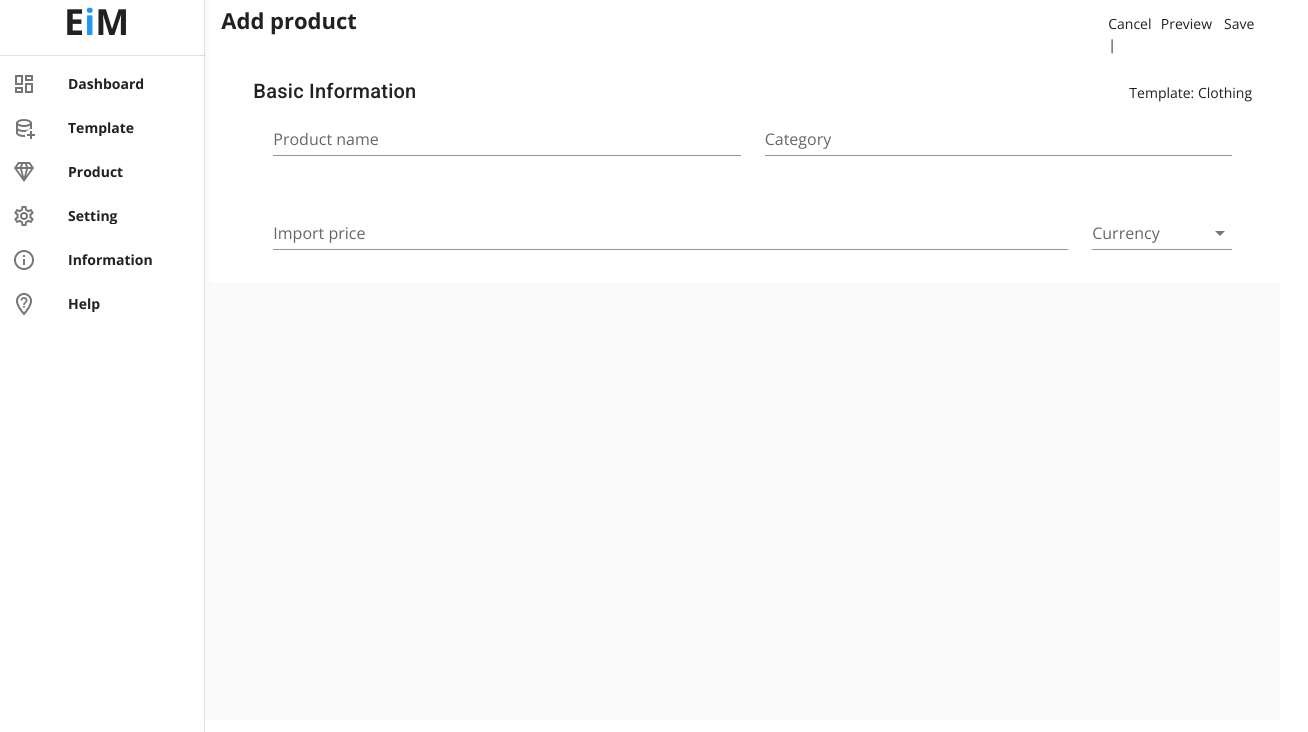
Repository: nguyenphuong152/pim-template
Page: /addproduct
An editor plug-in stored every save of this project. The page is shown before and after the next save, followed by the edit.
The browser window is 1280 px wide. The page is 1308 px wide, so the pictures cover 1308 px, including what lies to the right of the window. The pictures show the whole page.
The project was rebuilt for these pictures with package versions that can differ from the ones it lists, and the page was loaded fresh each time. Also part of the build but not shown: vue.config.js, src/views/Home.vue, src/components/Outcome_1/SearchTemplate.vue, src/components/Outcome_1/YourTemplate.vue, src/components/Outcome_1/ListComponent.vue, src/components/Outcome_1/AddInfo.vue, src/components/Outcome_1/AddDetail.vue, src/components/Outcome_1/CreateRegion.vue and 5 more.

Above is the page before, as saved 2020-12-21 11:16:57.

### public/index.html
<!DOCTYPE html>
<html lang="en">
  <head>
    <meta charset="utf-8" />
    <meta http-equiv="X-UA-Compatible" content="IE=edge" />
    <meta name="viewport" content="width=device-width,initial-scale=1.0" />
    <link rel="icon" href="<%= BASE_URL %>favicon.ico" />
    <link rel="preconnect" href="https://fonts.gstatic.com" />
    <link rel="preconnect" href="https://fonts.gstatic.com" />
    <link rel="preconnect" href="https://fonts.gstatic.com" />
    <link
      href="https://fonts.googleapis.com/css2?family=Open+Sans:wght@300;400;600;700;800&display=swap"
      rel="stylesheet"
    />
    <link
      href="https://fonts.googleapis.com/css?family=Montserrat:300,400,500,600,700"
      rel="stylesheet"
    />
    <title><%= htmlWebpackPlugin.options.title %></title>
    <link
      rel="stylesheet"
      href="https://fonts.googleapis.com/css?family=Roboto:100,300,400,500,700,900"
    />
    <link
      rel="stylesheet"
      href="https://cdn.jsdelivr.net/npm/@mdi/font@latest/css/materialdesignicons.min.css"
    />
  </head>
  <body>
    <noscript>
      <strong
        >We're sorry but <%= htmlWebpackPlugin.options.title %> doesn't work
        properly without JavaScript enabled. Please enable it to
        continue.</strong
      >
    </noscript>
    <div id="app"></div>
    <!-- built files will be auto injected -->
  </body>
</html>

### src/main.js
import Vue from 'vue'
import App from './App.vue'
import router from './router'
import '../sass/style.scss'
import vuetify from './plugins/vuetify';

Vue.config.productionTip = false

new Vue({
  router,
  vuetify,
  render: h => h(App)
}).$mount('#app')

### src/App.vue
<template>
  <v-app v-bind:style="{ background: activeColor }">
    <v-row>
      <v-col cols="2" class="pa-0">
        <v-navigation-drawer permanent width="220">
          <v-list-item>
            <v-list-item-content>
              <v-list-item-title class="logo">
                E<span class="blue--text">i</span>M
              </v-list-item-title>
            </v-list-item-content>
          </v-list-item>

          <v-divider></v-divider>

          <v-list dense nav class="text-start pl-4">
            <v-list-item
              v-for="item in items"
              :key="item.title"
              :to="item.path"
              color="blue"
            >
              <v-list-item-icon>
                <v-icon>{{ item.icon }}</v-icon>
              </v-list-item-icon>
              <v-list-item-content>
                <v-list-item-title class="template-title font-weight-bold ">{{
                  item.title
                }}</v-list-item-title>
              </v-list-item-content>
            </v-list-item>
          </v-list>
        </v-navigation-drawer>
      </v-col>
      <v-col class="pa-0">
        <router-view />
      </v-col>
    </v-row>
  </v-app>
</template>

<script>
export default {
  name: "App",
  components: {},
  watch: {
    $route(to) {
      document.title = `${to.meta.title}`;
    },
  },
  data() {
    return {
      clicked: false,
      activeColor: "#FAFAFA",
      items: [
        { title: "Dashboard", icon: "mdi-view-dashboard-outline", path: "" },
        {
          title: "Template",
          icon: "mdi-database-plus-outline",
          path: "/template",
        },
        { title: "Product", icon: "mdi-diamond-stone", path: "/product" },
        { title: "Setting", icon: "mdi-cog-outline", path: "" },
        { title: "Information", icon: "mdi-information-outline", path: "" },
        { title: "Help", icon: "mdi-map-marker-question-outline", path: "" },
      ],
      right: null,
    };
  },
};
</script>

### src/router/index.js
import Vue from "vue";
import VueRouter from "vue-router";
import Home from "../views/Home.vue";
import Template from "../views/Outcome_1/CreateProductTemplate.vue";
import Product from "../views/Outcome_2/Outcome_2_screen.vue";
import AddProduct from "../views/Outcome_2/AddProduct.vue";

Vue.use(VueRouter);

const routes = [
  {
    path: "/",
    name: "Home",
    component: Home,
  },
  {
    path: "/template",
    name: "Template",
    component: Template,
    meta: {
      title: "Add Template",
    },
  },
  {
    path: "/product",
    name: "Product",
    component: Product,
    meta: {
      title: "Product",
    },
  },
  {
    path: "/addproduct",
    name: "AddProduct",
    component: AddProduct,
    meta: {
      title: "Add Product",
    },
  },
  {
    path: "/about",
    name: "About",
    // route level code-splitting
    // this generates a separate chunk (about.[hash].js) for this route
    // which is lazy-loaded when the route is visited.
    component: () =>
      import(/* webpackChunkName: "about" */ "../views/About.vue"),
  },
];

const router = new VueRouter({
  mode: "history",
  base: process.env.BASE_URL,
  routes,
});

export default router;

### sass/style.scss
$font-primary: 'Open Sans',
sans-serif;

@import "~vuetify/src/styles/styles.sass";

$fontsize-content: 14px;
$fontsize-title: 24px;
$fontsize-logo:36px;
$fontsize-header:22px;
$fontsize-nav:20px;


#app {
  font-family: $font-primary;
   font-size:$fontsize-content;
  -webkit-font-smoothing: antialiased;
  -moz-osx-font-smoothing: grayscale;
  text-align: center;
  color: #2c3e50;
}

#nav {
  padding: 30px;
}

#nav a {
  font-weight: bold;
  color: #2c3e50;
}

#nav a.router-link-exact-active {
  color: #42b983;
}

.title {
  font: $font-primary !important;
  font-size: $fontsize-nav !important;
}

.logo {
  @extend .title;
  font-weight: 700 !important;
  font-size: $fontsize-logo !important;
}

.text-header {
  font: $font-primary !important;
  font-size: $fontsize-header !important;
  font-weight: 700;
}


.template-title {
  @extend .title;
  font-size: $fontsize-content !important;
}

### src/views/Outcome_2/AddProduct.vue
<template>
  <v-container class="pa-0">
    <v-card class="ma-1" flat>
      <v-container class="text-start">
        <v-row class="align-baseline">
          <v-col cols="10">
            <span class="text-header">Add product</span>
          </v-col>
          <v-col>
            <v-row>
              <v-col class="px-0">
                <span>Cancel |</span>
              </v-col>
              <v-col class="px-0 text-end">
                <span>Preview</span>
              </v-col>
              <v-col>
                <span>Save</span>
              </v-col>
            </v-row>
          </v-col>
        </v-row>
      </v-container>
    </v-card>
    <BasicInfo />
  </v-container>
</template>

<script>
import BasicInfo from "../../components/Outcome_2/BasicInfo";
export default {
  components: {
    BasicInfo,
  },
};
</script>

### src/components/Outcome_2/BasicInfo.vue
<template>
  <v-container class="text-start ma-1 pa-0">
    <v-card flat>
      <v-row class="d-flex align-baseline px-14 pt-4">
        <span class="title pr-1">Basic Information</span>
        <v-spacer></v-spacer>
        <span>Template: Clothing</span>
      </v-row>
      <v-container class="px-16 py-0">
        <v-row class="d-flex align-baseline pa-0">
          <v-col>
            <dir width="10">
              <v-text-field
                color="blue darken-2"
                label="Product name"
                hint="Miniskirt-02"
                required
              ></v-text-field>
            </dir>
          </v-col>
          <v-col>
            <v-text-field
              color="blue darken-2"
              label="Category"
              hint="Ex: Miniskirt"
              required
            ></v-text-field>
          </v-col>
        </v-row>
        <v-row class="d-flex align-baseline">
          <v-col cols="10">
            <v-text-field
              color="blue darken-2"
              label="Import price"
              hint="180,000"
              required
            ></v-text-field>
          </v-col>
          <v-col>
            <v-select :items="items" label="Currency"></v-select>
          </v-col>
        </v-row>
      </v-container>
    </v-card>
  </v-container>
</template>

<script>
export default {
  data: () => ({
    items: ["VND", "USD", "EUR"],
  }),
};
</script>

<style></style>

Loaded but not shown: src/plugins/vuetify.js (common file)

After the next save:
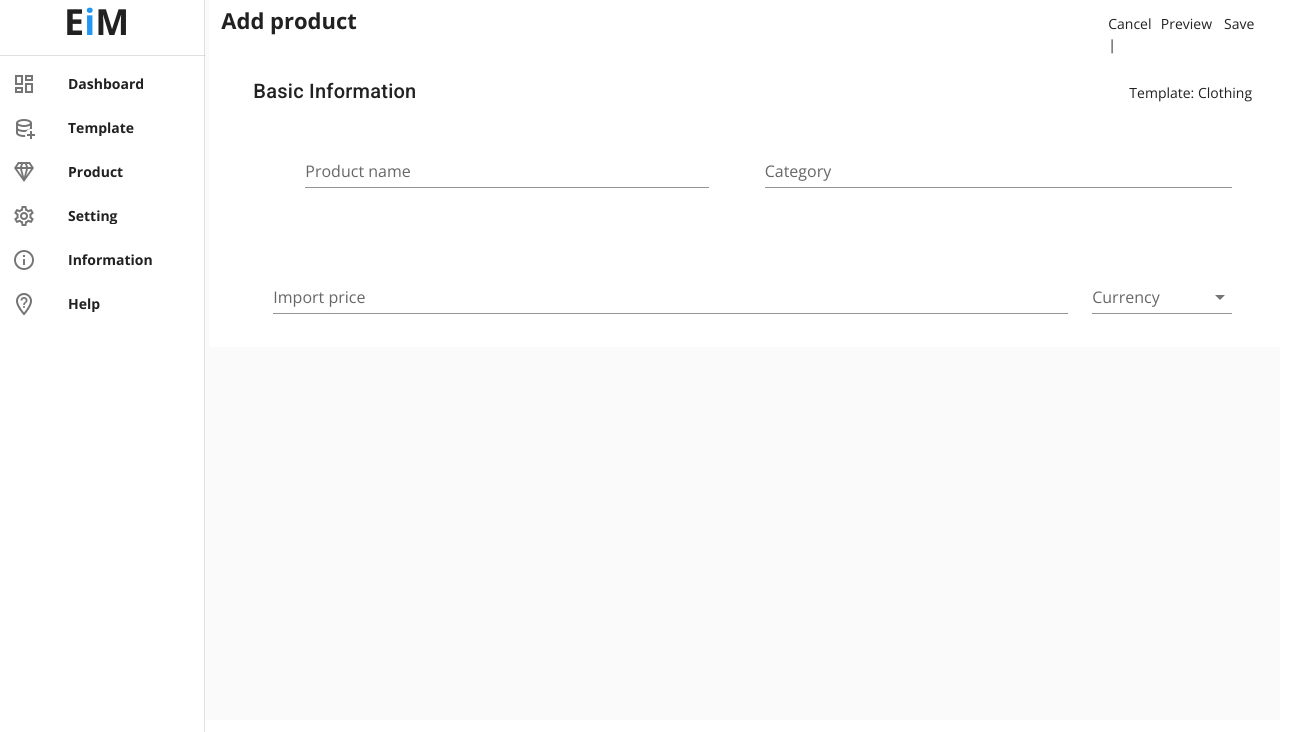
Saved 26 s later.
--- a/src/components/Outcome_2/BasicInfo.vue
+++ b/src/components/Outcome_2/BasicInfo.vue
@@ -9,14 +9,14 @@
       <v-container class="px-16 py-0">
         <v-row class="d-flex align-baseline pa-0">
           <v-col>
-            <dir width="10">
+            <v-container class="pa-8">
               <v-text-field
                 color="blue darken-2"
                 label="Product name"
                 hint="Miniskirt-02"
                 required
               ></v-text-field>
-            </dir>
+            </v-container>
           </v-col>
           <v-col>
             <v-text-field
